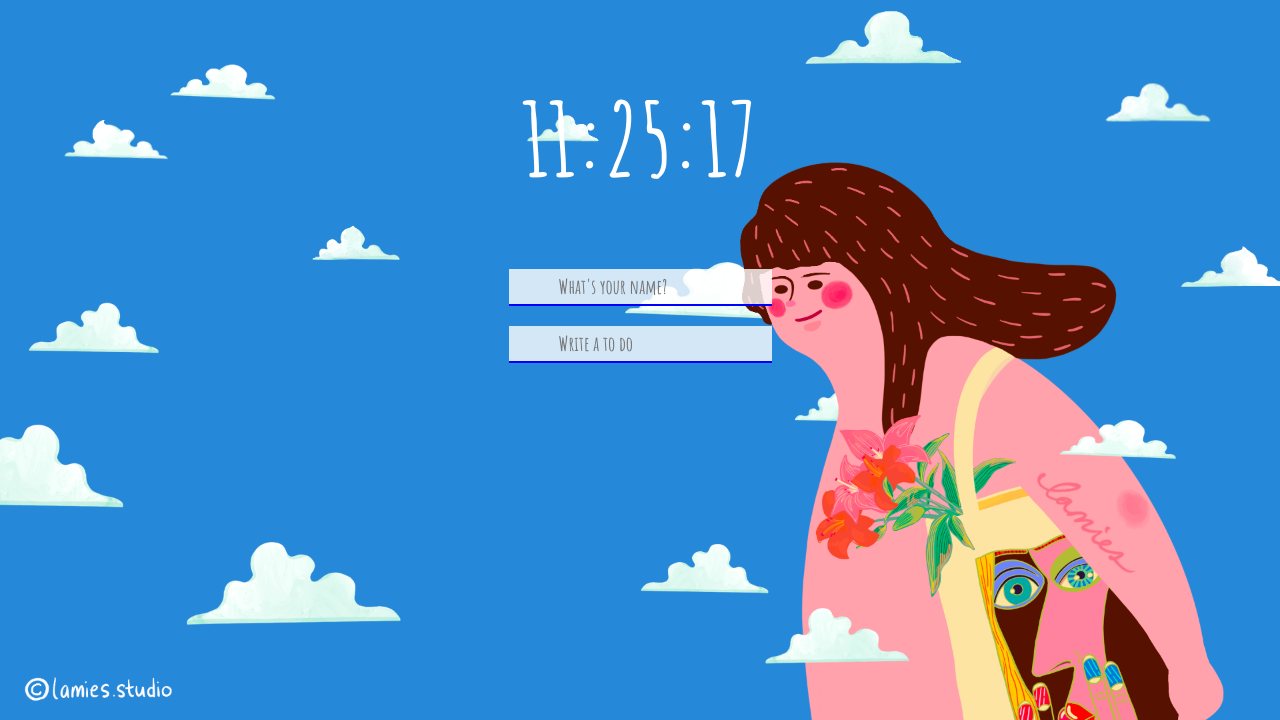
Repository: haleyjung/chrome_app
Page: index.html
These files come from the project's save history. The page is drawn as it stood at one moment and after the next save; the edit follows.
The browser window is 1280 px wide. The pictures show the whole page.

Above is the page before, as saved 2020-11-23 15:47:48.

### index.html
<!DOCTYPE html>
<html lang="en">
<head>
    <meta charset="UTF-8" />
    <meta name="viewport" content="width=device-width, initial-scale=1.0">
    <title>Chrome App</title>
    <link rel="stylesheet" href="index.css">
</head>
<body>

    <div class="js-clock">
        <h1>00:00</h1>
    </div>

    <div class="js-name name"></div>

    <div>
        <form class="js-form form">
            <input type="text" placeholder="What's your name?" />
        </form>
    </div>

    <h4 class="js-greetings greetings"></h4>

    <form class="js-toDoForm">
        <input type="text" placeholder="Write a to do" />
    </form>
    <ul class="js-toDoList">
    </ul>
    <span class="js-weather"></span>

    <script src="js/clock.js"></script>
    <script src="js/greeting.js"></script>
    <script src="js/todo.js"></script>
    <script src="js/bg.js"></script>
    <script src="js/weather.js"></script>
</body>

### index.css
@import url("https://fonts.googleapis.com/css2?family=Amatic+SC:wght@400;700&display=swap");

* {
  font-family: "Amatic SC", cursive;
  font-weight: 700;
}

body {
  background-color: palevioletred;
  color: white;
  display: flex;
  flex-direction: column;
  justify-content: center;
  align-items: center;
}

.js-clock {
  display: flex;
  justify-content: center;
  align-items: center;
  font-size: 50px;
}

.js-form,
.js-toDoForm {
  background-color: none;
}

.btn {
  cursor: pointer;
}

input {
  border: none;
  outline: none;
  border-bottom: 2px solid blue;
  margin-bottom: 20px;
  background-color: rgba(255, 255, 255, 0.8);
  padding: 5px 50px;
  font-size: 20px;
}

.form,
.greetings {
  display: none;
}

.showing {
  display: block;
}

@keyframes fadeIn {
  from {
    opacity: 0;
  }
  to {
    opacity: 1;
  }
}

.bgImage {
  position: absolute;
  top: 0;
  left: 0;
  width: 100%;
  height: 100%;
  z-index: -1;
  animation: fadeIn 0.5s linear;
}

### js/clock.js
const clockContainer = document.querySelector(".js-clock"),
    clockTitle = clockContainer.querySelector("h1");

function getTime() {
    const date = new Date();
    const minutes = date.getMinutes();
    const hours = date.getHours();
    const seconds = date.getSeconds();
    clockTitle.innerText = `${hours < 10 ? `0${hours}` : hours}:${
        minutes < 10 ? `0${minutes}` : minutes
    }:${seconds < 10 ? `0${seconds}` : seconds}`;
}

function init() {
    getTime();
    setInterval(getTime, 1000);
}

init();

### js/greeting.js
const nameContainer = document.querySelector(".js-name");

function paintName(name) {
    nameContainer.innerHTML = "";
    const title = document.createElement("span");
    title.className = "name__text";
    title.innerHTML = `Hello ${name}`;
    nameContainer.appendChild(title);
}

function handleSubmit(event) {
    event.preventDefault();
    const form = event.target;
    const input = form.querySelector("input");
    const value = input.value;
    localStorage.setItem("username", value);
    paintName(value);
}

function paintInput() {
    const input = document.createElement("input");
  input.placeholder = "What's your name?";
  input.type = "text";
  input.className = "name__input";
  const form = document.createElement("form");
  form.addEventListener("submit", handleSubmit);
  form.appendChild(input);
  nameContainer.appendChild(form);
}

function loadName(){
    const name = localStorage.getItem("username");
  if (name === null) {
    paintInput();
  } else {
    paintName(name);
  }
}

function init() {
    loadName();
}

init();

### js/todo.js
const toDoForm = document.querySelector(".js-toDoForm"),
    toDoInput = toDoForm.querySelector("input"),
    toDoList = document.querySelector(".js-toDoList");

const TODOS_LS = 'toDos';

let toDos = [];

function deleteToDo(event){
    const btn = event.target;
    const li = btn.parentNode;
    toDoList.removeChild(li);
    const cleanToDos = toDos.filter(function(toDo){
        return toDo.id !== parseInt(li.id);
    });
    toDos = cleanToDos
    saveToDos();
}

function saveToDos(){
    localStorage.setItem(TODOS_LS, JSON.stringify(toDos));
}

function paintToDo(text){
    const li = document.createElement("li");
    const delBtn = document.createElement("button");
    const span = document.createElement("span");
    const newId = toDos.length + 1;
    delBtn.innerText = "❌";
    delBtn.addEventListener("click", deleteToDo);
    span.innerText = text;
    li.appendChild(delBtn);
    li.appendChild(span);
    li.id = newId;
    toDoList.appendChild(li);
    const toDoObj = {
        text: text,
        id: newId
    };
    toDos.push(toDoObj);
    saveToDos();
}

function handleSubmit(event){
    event.preventDefault();
    const currentValue = toDoInput.value;
    paintToDo(currentValue);
    toDoInput.value = "";
}

function loadToDos() {
    const loadedToDos = localStorage.getItem(TODOS_LS);
    if(loadedToDos !== null){
        const parsedToDos = JSON.parse(loadedToDos);
        parsedToDos.forEach(function(toDo){
            paintToDo(toDo.text);
        });
    }
}

function init() {
    loadToDos();
    toDoForm.addEventListener("submit", handleSubmit)
}

init();

### js/bg.js
const body = document.querySelector("body");

const IMG_NUMBER = 4;

// If loading images from API, include the functions in these comments:
// function handleImgLoad(){
//     console.log('finished loading');
// }

function paintImage(imgNumber){
    const image = new Image();
    image.src = `/img/lamiesstudio-${imgNumber + 1}.png`;
    image.classList.add('bgImage');
    body.prepend(image);
    // image.addEventListener("loadend", handleImgLoad);
}

function genRandom(){
    const number = Math.floor(Math.random() * IMG_NUMBER);
    return number;
}

function init(){
    const randomNumber = genRandom();
    paintImage(randomNumber)
}

init();

### js/weather.js
const weather = document.querySelector(".js-weather");

const API_KEY = "1706261ffc689a5d0ffe73f0d2f8a925";
const COORDS = "coords";

function getWeather(lat, lng){
    fetch(`https://api.openweathermap.org/data/2.5/weather?lat=${lat}&lon=${lng}&appid=${API_KEY}&units=metric`
    ).then(function(response){
        return response.json();
    })
        .then(function(json){
        const temperature = json.main.temp;
        const place = json.name;
        weather.innerText = `${temperature} @ ${place}`;
    });
}

function saveCoords(coordsObj){
    localStorage.setItem(COORDS, JSON.stringify(coordsObj));
}

function handleGeoSuccess(position){
    const latitude = position.coords.latitude;
    const longitude = position.coords.longitude;
    const coordsObj = {
        latitude,
        longitude
    };
    saveCoords(coordsObj);
    getWeather(latitude, longitude);
}

function handleGeoError(){
    console.log('Cant access geo location');
}

function askForCoords(){
    navigator.geolocation.getCurrentPosition(handleGeoSuccess, handleGeoError);
}

function loadCoords(){
    const loadedCoords = localStorage.getItem(COORDS);
    if(loadedCoords === null){
        askForCoords();
    } else {
        const parsedCoords = JSON.parse(loadedCoords);
        getWeather(parsedCoords.latitude, parsedCoords.longitude);
    }
}

function init(){
    loadCoords();
}

init();

After the next save:
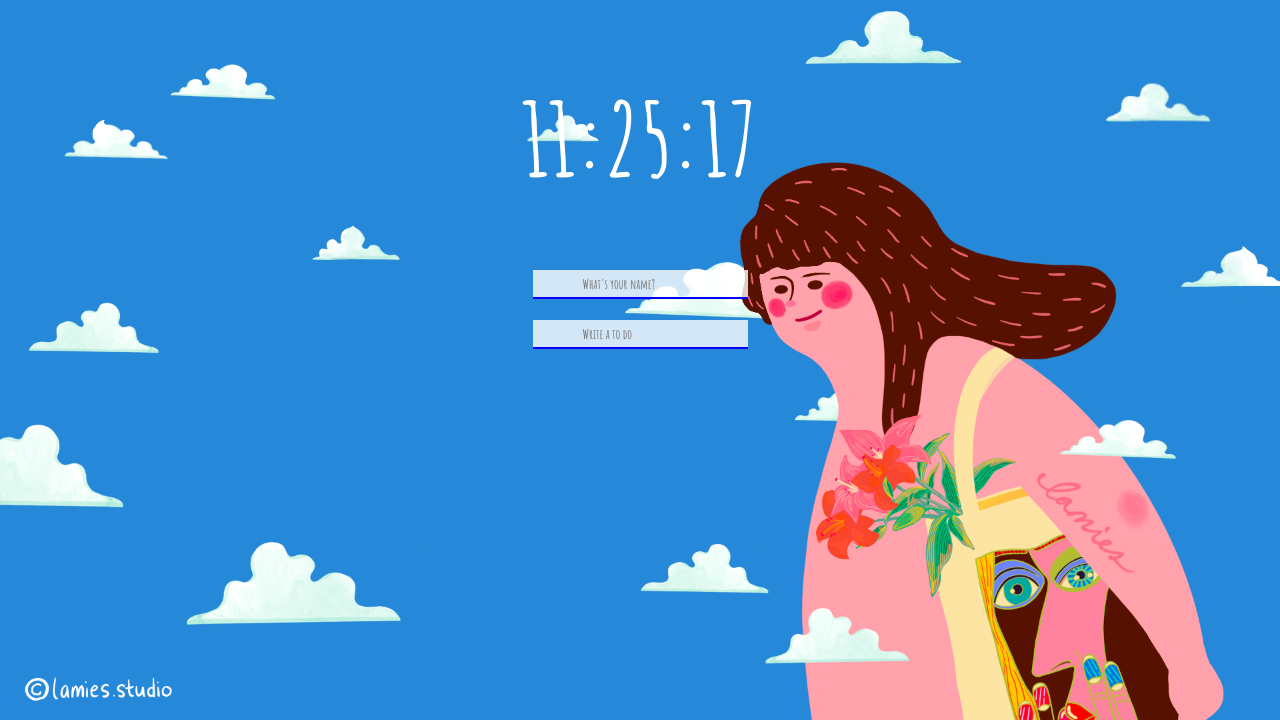
Saved 96 s later.
--- a/index.css
+++ b/index.css
@@ -12,6 +12,7 @@ body {
   flex-direction: column;
   justify-content: center;
   align-items: center;
+  font-size: 20px;
 }
 
 .js-clock {
@@ -37,7 +38,6 @@ input {
   margin-bottom: 20px;
   background-color: rgba(255, 255, 255, 0.8);
   padding: 5px 50px;
-  font-size: 20px;
 }
 
 .form,
